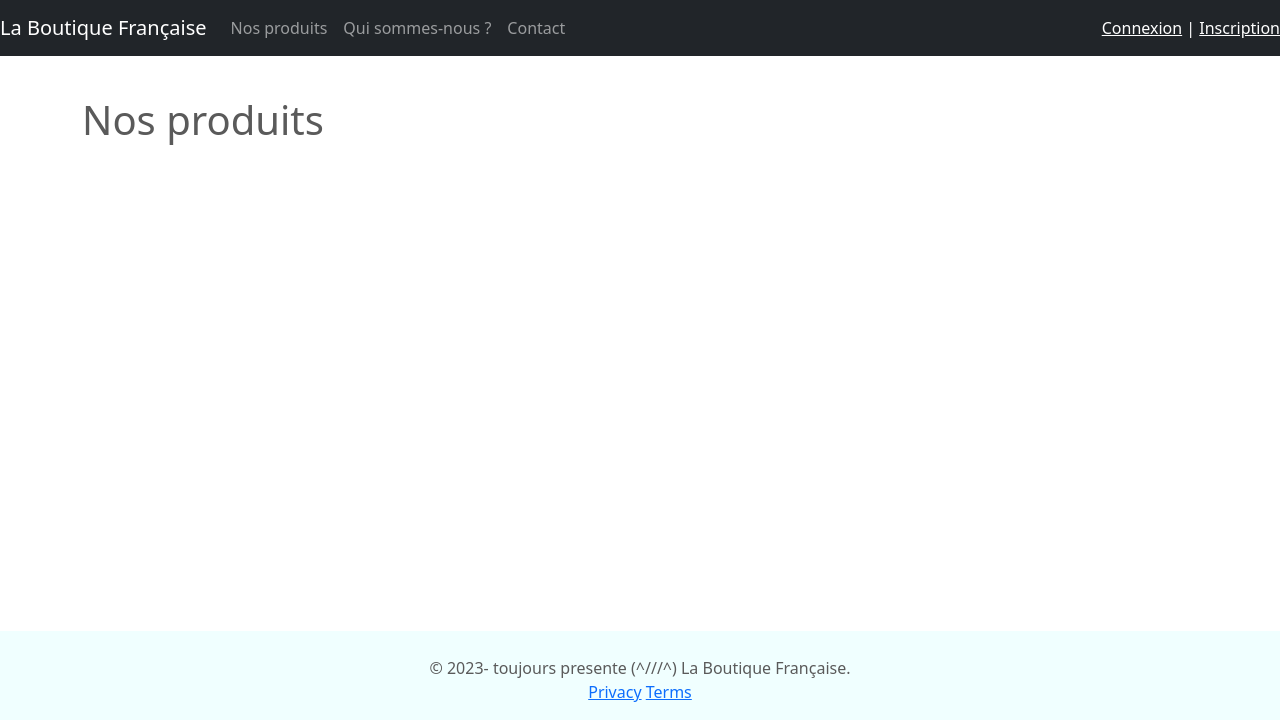
Repository: Coulibaly00180/laboutiquefrancaise
Page: templates/product/index.html.twig
These files come from the project's save history. The page is drawn as it stood at one moment and after the next save; the edit follows.
The browser window is 1280 px wide. The pictures show the whole page.
The page is a Twig template of a Symfony application; nobody is signed in and links lead nowhere. The template is opened directly, without the code that normally fills it, so the values that code supplies are empty.

Above is the page before, as saved 2023-03-05 14:30:56.

After the next save:
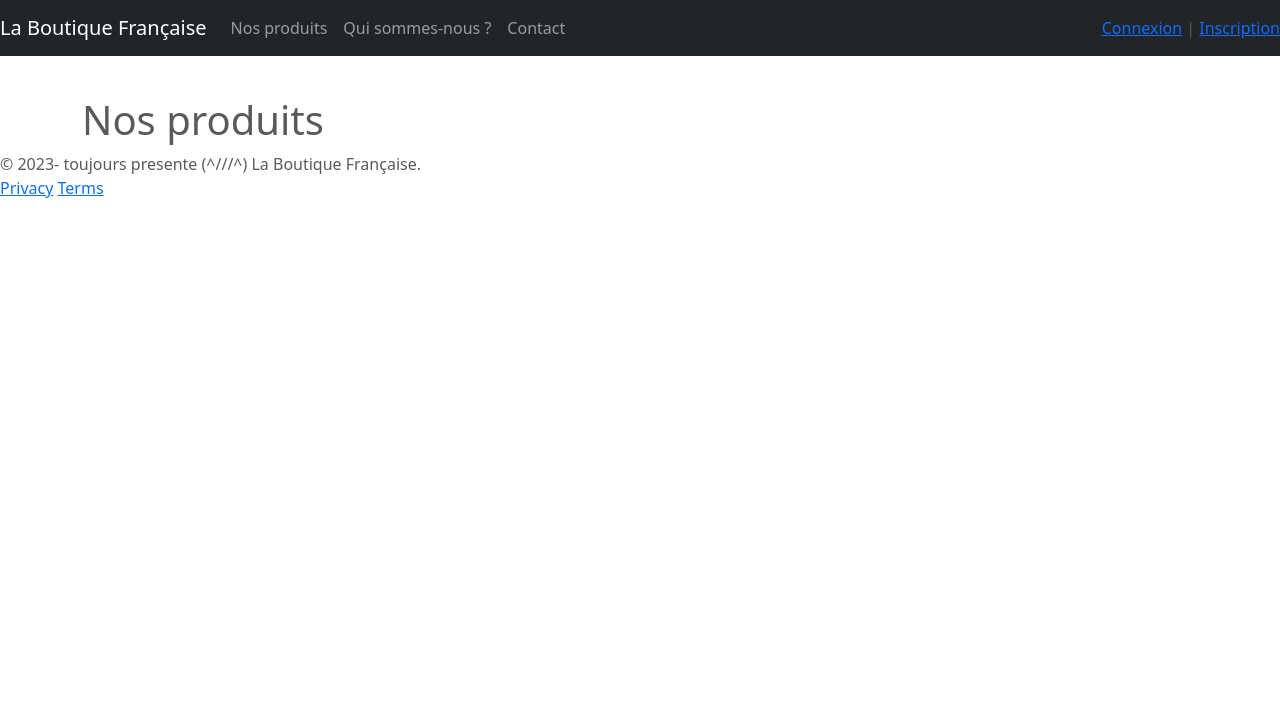
Saved 75 s later.
--- a/public/assets/css/style.css
+++ b/public/assets/css/style.css
@@ -1,15 +1,4 @@
-.navbar-item-custom, .navbar-item-custom a{
-    color: #fff;
-}
 
-.footer-custom{
-    text-align: center;
-    position: fixed;
-    bottom: 0;
-    width: 100%;
-    background-color: azure;
-    padding-top: 25px;
-}
 
 .product-item {
     margin-top: 15px;

After the save that followed:
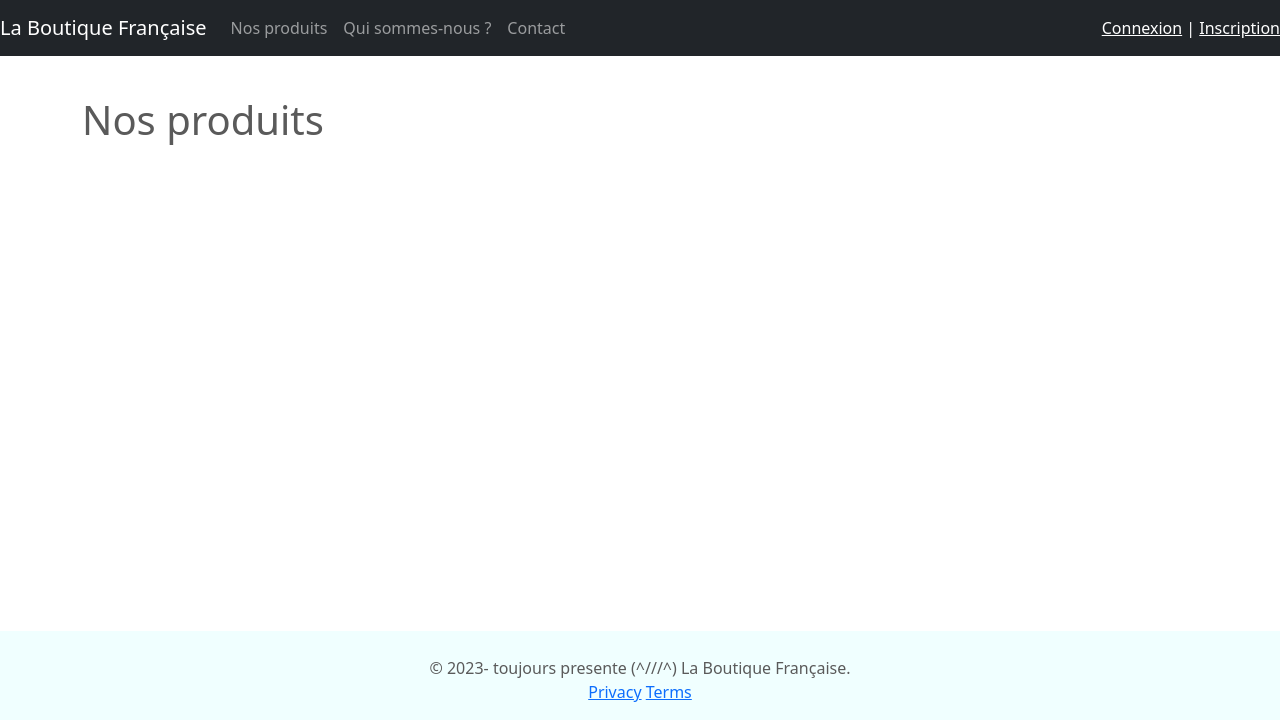
Saved 72 s later.
--- a/public/assets/css/style.css
+++ b/public/assets/css/style.css
@@ -1,4 +1,15 @@
+.navbar-item-custom, .navbar-item-custom a{
+    color: #fff;
+}
 
+.footer-custom{
+    text-align: center;
+    position: fixed;
+    bottom: 0;
+    width: 100%;
+    background-color: azure;
+    padding-top: 25px;
+}
 
 .product-item {
     margin-top: 15px;
